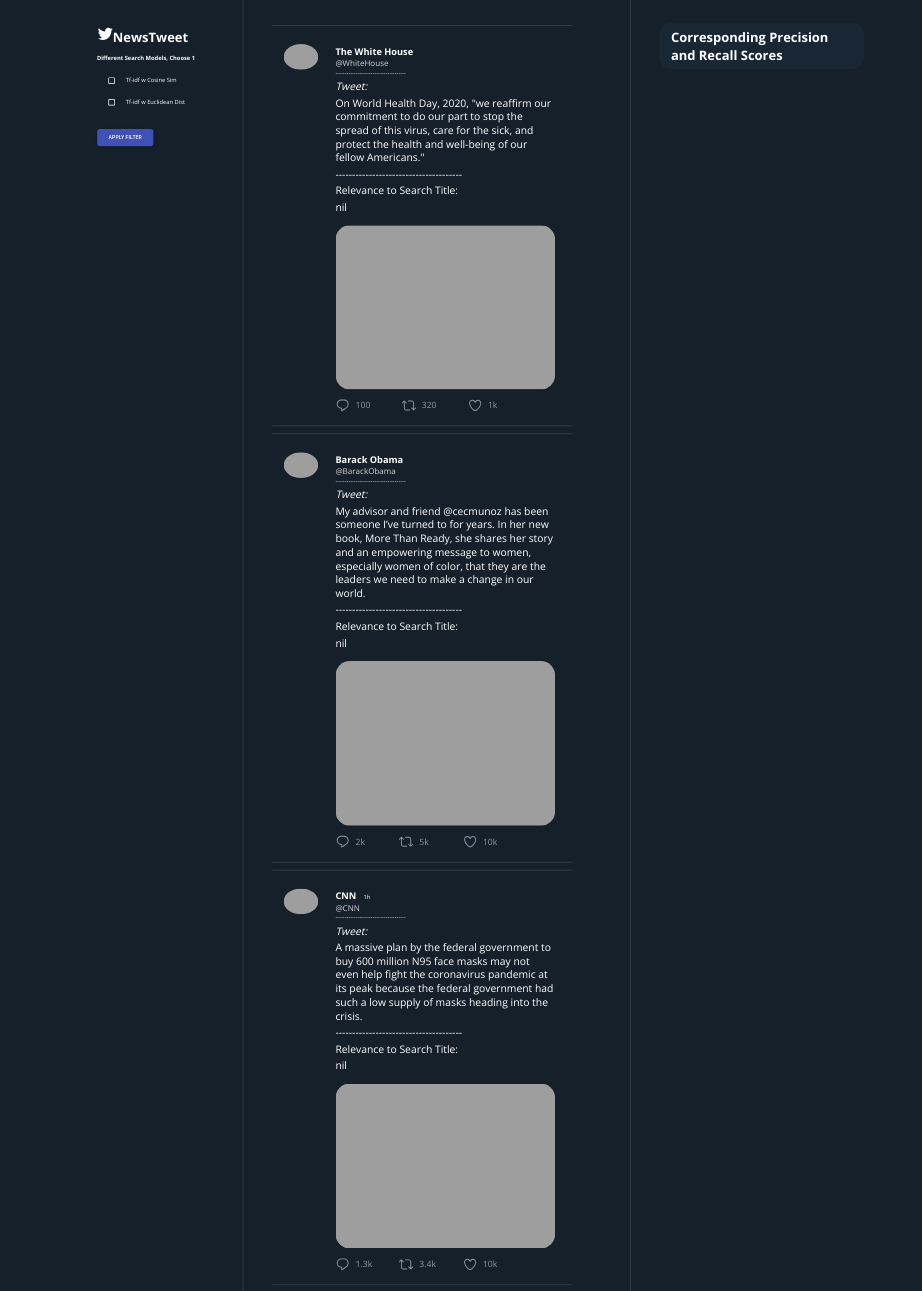
Repository: Dustyik/TwitterAIproj
Page: / (app in FrontEnd/)
An editor plug-in stored every save of this project. The page is shown before and after the next save, followed by the edit.
The browser window is 1280 px wide. The pictures show the whole page, at 72% of full size.
Pictures or frames that could not be fetched are drawn as grey boxes. The page's requests for data from a server got no answer. The project was rebuilt for these pictures with package versions that can differ from the ones it lists, and the page was loaded fresh each time. No one was signed in, and anything a server would have sent is missing. Also part of the build but not shown: FrontEnd/src/components/trending/Trend.js, FrontEnd/src/components/trending/TrendsList.js, FrontEnd/src/components/trending/FollowSuggestionCard.js, FrontEnd/src/styles/FollowList.css, FrontEnd/src/components/trending/FollowSuggestionsList.js, FrontEnd/src/components/StatusCard.js, FrontEnd/src/pages/Status.js, FrontEnd/src/components/profile/ProfileHead.js and 3 more.

Above is the page before, as saved 2021-08-03 00:06:14.

### FrontEnd/public/index.html
<!DOCTYPE html>
<html lang="en">

<head>
  <meta charset="utf-8" />
  <link rel="icon" href="%PUBLIC_URL%/favicon.ico" />
  <meta name="viewport" content="width=device-width, initial-scale=1" />
  <meta name="theme-color" content="#000000" />
  <meta name="description" content="Web site created using create-react-app" />
  <link rel="apple-touch-icon" href="%PUBLIC_URL%/logo192.png" />
  <link href="https://fonts.googleapis.com/css2?family=Open+Sans:wght@400;700&display=swap" rel="stylesheet">
  <!--
      manifest.json provides metadata used when your web app is installed on a
      user's mobile device or desktop. See https://developers.google.com/web/fundamentals/web-app-manifest/
    -->
  <link rel="manifest" href="%PUBLIC_URL%/manifest.json" />
  <!--
      Notice the use of %PUBLIC_URL% in the tags above.
      It will be replaced with the URL of the `public` folder during the build.
      Only files inside the `public` folder can be referenced from the HTML.

      Unlike "/favicon.ico" or "favicon.ico", "%PUBLIC_URL%/favicon.ico" will
      work correctly both with client-side routing and a non-root public URL.
      Learn how to configure a non-root public URL by running `npm run build`.
    -->
  <title>React App</title>
</head>

<body>
  <noscript>You need to enable JavaScript to run this app.</noscript>
  <div id="root"></div>
  <!--
      This HTML file is a template.
      If you open it directly in the browser, you will see an empty page.

      You can add webfonts, meta tags, or analytics to this file.
      The build step will place the bundled scripts into the <body> tag.

      To begin the development, run `npm start` or `yarn start`.
      To create a production bundle, use `npm run build` or `yarn build`.
    -->
</body>

</html>

### FrontEnd/src/App.js
import React from 'react';
import { BrowserRouter as Router, Route } from 'react-router-dom';
import './App.css';
import { Sidebar } from './components/Sidebar';
import { Home } from './pages/Home';
import { Trending } from './components/trending/Trending';
import { GlobalProvider } from './context/GlobalState';
import { Status } from './pages/Status';
import ScrollToTop from './utils/ScrollToTop';
import { Profile } from './pages/Profile';

function App() {
  return (
    <GlobalProvider >
      <Router >

        <ScrollToTop>
          <div className="App">
            <div className="side-nav">
              <Sidebar />
            </div>
            <div className="main trending">

              <Route exact path="/" component={Home} />
              { /*
              <Route exact path="/:id" component={Profile} />
              <Route exact path="/status/:id" component={Status} />
              */}


            </div>

            <div className="trending">
              <Trending />
            </div>
          </div>
        </ScrollToTop>

      </Router>
    </GlobalProvider>
  );
}

export default App;

### FrontEnd/src/App.css
:root {
    --body-bg        : rgb(21, 32, 43);
    --sky-blue       : rgba(29, 161, 242, 1.00);
    --light          : rgba(255, 255, 2555);
    --grey           : rgb(136, 153, 166);
    --border         : rgb(56, 68, 77);
    --thick-border   : rgb(37, 51, 65);
    --thick-border   : rgb(37, 51, 65);
    --card-background: rgb(25, 39, 52);
}

body {
    background-color: var(--body-bg);
    font-family     : 'Open Sans', sans-serif;
    padding         : 0;
    margin          : 0;
    color           : var(--light);
}

html {
    font-size: 8px;
}

::-webkit-input-placeholder {
    /* Chrome/Opera/Safari */
    font-size  : 2.5rem;
    color      : #9197a3;
    font-weight: 400;
}

::-moz-placeholder {
    /* Firefox 19+ */
    font-size  : 2.5rem;
    color      : #9197a3;
    font-weight: 400;
}

:-ms-input-placeholder {
    /* IE 10+ */
    font-size  : 2.5rem;
    color      : #9197a3;
    font-weight: 400;
}

:-moz-placeholder {
    /* Firefox 18- */
    font-size  : 2.5rem;
    color      : #9197a3;
    font-weight: 400;
}

.App {
    display              : grid;
    grid-template-columns: 2.5fr 4fr 3fr;
}

.side-nav {
    padding-left: 40%;
    padding-top : 3rem;
}

.side-nav svg {
    fill : var(--light);
    width: 2.75rem;
}

.side-nav svg:hover {
    fill: var(--sky-blue);
}

.side-nav-item {
    padding: 2rem 0;

}

.side-nav .side-nav-item .side-nav-text {
    font-size     : 2.25rem;
    font-weight   : 700;
    color         : var(--light);
    padding-left  : 3rem;
    vertical-align: bottom;
}

.avatar {
    display: inline;
}

.avatar img {
    border-radius: 50%;
}


/* helper classes */
.p-0 {
    padding: 0
}


.pl-0 {
    padding-left: 0
}

.p-1 {
    padding: 1rem;
}

.p-2 {
    padding: 2rem
}

.pr-0 {
    padding-right: 0
}

.pb-1 {
    padding-bottom: 1rem;
}

.m-0 {
    margin: 0
}

.mb-0 {
    margin-bottom: 0;
}

.text-center {
    text-align: center;
}

.w-100 {
    width: 100%;
}

.pl-1 {
    padding-left: 1rem;
}

.pr-1 {
    padding-right: 1rem;
}

ul {
    list-style: none;
}

.flex-align-center {
    display    : flex;
    align-items: center;
}

.flex-space-between {
    display        : flex;
    justify-content: space-between;
}

.inline-block {
    display: inline-block;

}


.btn {
    color      : var(--light);
    font-weight: 700;
    cursor     : pointer;
    border     : none;
    background : transparent;
}

.tweet-btn {
    border-radius   : 4rem;
    font-size       : 2rem;
    padding         : 1.5rem;
    background-color: var(--sky-blue);
    width           : 80%;
}

.follow-btn {
    border-radius: 3rem;
    font-size    : 2rem;
    padding      : 0.5rem;
    font-weight  : 700;
    color        : var(--sky-blue);
    border       : 1px solid var(--sky-blue);
}

.pointer {
    cursor: pointer;
}

.bold-dull-para {
    font-size: 1.75rem;
    color    : var(--grey);
}

a {
    text-decoration: none;
    color          : inherit;
}

h1 {
    font-size  : 2.25rem;
    font-weight: 700;
    color      : var(--light);
}

h2 {
    font-size  : 2rem;
    font-weight: 700;
    color      : var(--light);
}

input:focus {
    outline: none;
}

### FrontEnd/src/components/trending/Trending.js
import React from 'react';
import '../../styles/Trending.css';
import { SearchIcon } from '../../images/svg/svgs'
import { TrendsList } from './TrendsList';
import { FollowSuggestionsList } from './FollowSuggestionsList';


export const Trending = () => {
    return (
        <>
            <div>

                <div className="trends-list m-0">
                    {/*
                    <TrendsList />
                    */}
                    <h1>
                    Corresponding Precision and Recall Scores
                    </h1>
                </div>
                {/*
                <div className="follow-list">
                    <FollowSuggestionsList />
                </div>
                */}
            </div>
        </>
    )
}

### FrontEnd/src/utils/ScrollToTop.js
import React, { useEffect, Fragment } from 'react';
import { withRouter } from 'react-router-dom';

function ScrollToTop({ history, children }) {
    useEffect(() => {
        const unlisten = history.listen(() => {
            window.scrollTo(0, 0);
        });
        return () => {
            unlisten();
        }
    }, []);

    return <Fragment>{children}</Fragment>;
}

export default withRouter(ScrollToTop);

### FrontEnd/src/images/avatars.js
import React from 'react'

export const SmallAvatar = ({ width, image }) => {
    return (
        <div className="avatar">
            <img width={width} src={image} alt="avatar" />
        </div>
    )
}

### FrontEnd/src/apifunctions.js
import axios from 'axios';

export const getTweets = () => {
    return axios.get("http://localhost:5000/getTweets")
}

export const applySearchFilters = (data, title, id) => {
    return axios.post("http://localhost:5000/applySearchModels", {
            data: data,
            queryTitle: title,
            articleId: id

        }
    )
}

### FrontEnd/src/styles/Main.css
/* main styles */
.main {
    border-left : 1px solid var(--border);
    border-right: 1px solid var(--border);
    ;
}

.home {
    padding-left : 2.5rem;
    border-bottom: 1px solid var(--border);
}

.new-tweet {
    padding              : 1rem;
    display              : grid;
    grid-template-columns: 1fr 9fr;
    border-bottom        : 1rem solid var(--thick-border);
}

.new-tweet .left,
.right {
    padding: 0 1rem;
}

.new-tweet input {
    padding    : 2rem 0;
    background : transparent;
    border     : none;
    color      : var(--light);
    font-size  : 2rem;
    font-weight: 700;
}

.new-tweet-options {
    padding-right  : 1rem;
    display        : flex;
    justify-content: space-between;
    align-items    : center;
}

.new-tweet .add-icons {
    margin-right: 1rem;
}

.new-tweet .add-icons svg {
    width  : 3rem;
    fill   : var(--sky-blue);
    padding: 1rem;
}

.new-tweet .add-icons svg:first-child {
    padding-left: 0;
}

### FrontEnd/src/components/TweetList.js
import React, { useContext } from 'react'
import TweetCard from './TweetCard'
import { GlobalContext } from '../context/GlobalState'

export const TweetList = () => {
    const { tweets } = useContext(GlobalContext);

    return (
        <>
            {console.log(tweets)}
            {tweets.map((tweet, index) => (<TweetCard key={index} tweet={tweet} />))}
        </>
    )
}

### FrontEnd/src/styles/Trending.css
.trending {
    padding: 1rem 10rem 1rem 5rem;
}

.trending .search-box {
    width     : 100%;
    background: transparent;

    background-color: var(--thick-border);
    border-radius   : 5rem;
    border          : none;
}

.trending .search-box svg {
    width       : 3rem;
    fill        : var(--grey);
    padding-left: 1rem;

}

.trending .search-box input {
    padding   : 1.5rem;
    font-size : 2rem;
    width     : 100%;
    background: transparent;
    border    : none;
    color     : var(--light);
}

.trends-list {
    background-color: var(--card-background);
    border-radius   : 2rem;
    margin-top      : 3rem;
}

.trends-list h1 {
    padding: 1rem 2rem;

}

.trends-for-you {
    padding-right: 1rem;
}

.trends-for-you svg {
    width: 3.5rem;
    fill : var(--sky-blue);
}

.trends-card {
    border-top   : 1px solid var(--border);
    border-bottom: 1px solid var(--border);
    padding      : 2rem;
}

.trends :last-child {
    border-bottom: none;
}

.trends-topic {
    font-size: 1.5rem;
    color    : var(--grey);
}

.trend-tweet-count {
    font-size: 1.75rem;
    color    : var(--grey);
}



.trending ::-webkit-input-placeholder {
    /* Chrome/Opera/Safari */
    font-size  : 2rem;
    color      : #9197a3;
    font-weight: 400;
}

.trending ::-moz-placeholder {
    /* Firefox 19+ */
    font-size  : 2rem;
    color      : #9197a3;
    font-weight: 400;
}

.trending :-ms-input-placeholder {
    /* IE 10+ */
    font-size  : 2rem;
    color      : #9197a3;
    font-weight: 400;
}

.trending :-moz-placeholder {
    /* Firefox 18- */
    font-size  : 2rem;
    color      : #9197a3;
    font-weight: 400;
}

### FrontEnd/src/context/AppReducer.js
const MAX = 30
const MIN = 0

export default (state, action) => {
    switch (action.type) {
        case 'DELETE_TRANSACTION':
            return {
                ...state,
                transactions: state.transactions.filter(transaction => transaction.id !== action.payload)
            }
        case 'ADD_TWEET':
            const newTweet = {
                user: {
                    name: action.payload.name,
                    image: action.payload.image,
                    handle: `@${action.payload.name}`,
                },
                tweet: {
                    content: action.payload.tweet,
                    image: null,
                    comments: Math.floor(Math.random()*(MAX-MIN)+MIN),
                    retweets: Math.floor(Math.random()*(MAX-MIN)+MIN),
                    likes: Math.floor(Math.random()*(MAX-MIN)+MIN),
                    relevance: action.payload.relevance
                }
            };
            return {
                ...state,
                tweets: [...state.tweets, newTweet]
            }

        case "SET_TWEETS":
            return {
            ...state,
            tweets: action.payload
        }

        case "SET_SEARCH_MODEL":
            return {
            ...state,
            searchModels: action.payload
        }

        case "REMOVE_ALL_TWEETS":
            return {
            ...state,
            tweets: []
        }


        default:
            return state
    }
}

### FrontEnd/src/components/TweetCard.js
import React, { Component } from 'react';
import '../styles/TweetCard.css';
import { SmallAvatar } from '../images/avatars'
import { TweetCommentIcon, TweetRetweetIcon, TweetLikeIcon, TweetSendIcon } from '../images/svg/svgs';
import { Link } from 'react-router-dom';

export default class TweetCard extends Component {
    tweet = this.props.tweet;
    profImageurl = 'https://pbs.twimg.com/profile_images/1247964769669136385/KVCROk2D_bigger.jpg';

    handleRouting = (e) => {
        // e.preventDefault();
        // debugger
        // this.props.history.push('data')
    }
    render() {
        return (
            <div>
                <div className="tweet-card">
                    <div className="left">
                        <SmallAvatar width="48" image={this.tweet.user.image} />
                    </div>
                    <div className="right">
                        <div className="tweet-card-head">
                            <span className="tweet-card-name" >{this.tweet.user.name}</span>
                            <span className="tweet-card-time"> {this.tweet.tweet.time}</span>
                        </div>
                        <span className="tweet-card-handle">{this.tweet.user.handle}</span>


                        <div className="tweet-card-content">
                                <p className="m-0">--------------------------------------</p>
                            </div>
                        <div className="tweet-card-body">
                        <div className="tweet-card-content">
                                <p className="m-0" style = {{fontStyle:"italic"}}>Tweet:</p>
                            </div>
                            <div className="tweet-card-content">
                                <p className="m-0">{this.tweet.tweet.content}</p>
                            </div>
                            <div className="tweet-card-content">
                                <p className="m-0">--------------------------------------</p>
                            </div>

                            <div className="tweet-card-content">
                                <p className="m-0">Relevance to Search Title: </p>
                            </div>
                            <div className="tweet-card-content">
                                <p className="m-0">{this.tweet.tweet.relevance}</p>
                            </div>
                            <div className="tweet-card-image">
                                <img src={this.tweet.tweet.image} alt="" />
                            </div>
                            <div className="tweet-card-footer">
                                <span className="flex-align-center"><TweetCommentIcon /> <span className="tweet-cars-icon">{this.tweet.tweet.comments}</span></span>
                                <span className="flex-align-center"><TweetRetweetIcon /><span className="tweet-cars-icon">{this.tweet.tweet.retweets}</span></span>
                                <span className="flex-align-center"><TweetLikeIcon /><span className="tweet-cars-icon">{this.tweet.tweet.likes}</span></span>
                                { /*<span className="flex-align-center"><TweetSendIcon /></span> */}
                            </div>
                        </div>
                    </div>
                </div>
            </div>
        )
    }
}

### FrontEnd/src/styles/StatusCard.css
.tweets {}

.status-card {
    /* padding              : 1rem;
    display                 : grid;
    grid-template-columns   : 1fr 9fr; */
    border-bottom           : 0.5px solid var(--border);
    border-top              : 0.5px solid var(--border);

}

.status-card .left,
.right {
    padding: 2rem;
}

.status-card .left {
    display    : flex;
    align-items: center;

}

.status-card .right {
    padding-top: 0;
}

.status-card .status-card-name {
    font-size    : 2rem;
    font-weight  : 700;
    padding-right: 1rem;
}

.status-card .status-card-handle,
.status-card-time {
    font-size: 1.5rem;
    color    : var(--grey);
}

.status-card .status-card-body .status-card-content p {
    font-size : 2.5rem;
    margin-top: .5rem;
}

.status-card .status-card-body .status-card-image {
    margin-top: 2rem;
}

.status-card .status-card-body .status-card-image img {
    width        : 100%;
    border-radius: 20px;
}

.status-card .status-card-footer {
    padding-right: 10rem;
    display      : flex;

    justify-content: space-around;
    padding-top    : 1rem;
    width          : 100%;
}

.status-card .status-card-footer svg {
    fill : var(--grey);
    width: 2.5rem;
}

.status-card .status-card-footer .tweet-cars-icon {
    line-height : 2;
    font-size   : 1.5rem;
    color       : var(--grey);
    padding-left: 1rem;
}

.status {
    display    : flex;
    align-items: center;
    padding    : 0 2rem;
    display    : flex;
    align-items: center;
}

.status h1 {
    display     : inline-block;
    padding-left: 1rem;
}

.status svg {
    width: 4rem;
    fill : var(--sky-blue);
}

### FrontEnd/src/styles/TweetCard.css
.tweets {}

.tweet-card {
    padding              : 1rem;
    display              : grid;
    grid-template-columns: 1fr 9fr;
    border-bottom        : 0.5px solid var(--border);
    border-top           : 0.5px solid var(--border);

}

.left{
    padding: 0 1rem;
    margin-top: 25px;
}

.tweet-card, .right {
    padding: 0 1rem;
    margin-top: 10px;
}

.tweet-card .tweet-card-head .tweet-card-name {
    font-size    : 1.6rem;
    padding-right: 1rem;
    font-weight: bold;
}

.tweet-card .tweet-card-head .tweet-card-name:hover {
    text-decoration: underline;
}

.tweet-card-handle {
    font-size    : 1.4rem;
    padding-right: 1rem;
    font-weight: lighter;
    color: lightgray;
}

.tweet-card .tweet-card-body .tweet-card-content p {
    font-size : 1.8rem;
    margin-top: .5rem;
}

.tweet-card .tweet-card-body .tweet-card-image {
    margin-top: 2rem;
}

.tweet-card .tweet-card-body .tweet-card-image img {
    width        : 100%;
    border-radius: 20px;
}

.tweet-card .tweet-card-footer {
    padding-right  : 10rem;
    display        : flex;
    justify-content: space-between;
    padding-top    : 1rem;
}

.tweet-card .tweet-card-footer svg {
    fill : var(--grey);
    width: 2.5rem;
}

.tweet-card .tweet-card-footer .tweet-cars-icon {
    line-height : 2;
    font-size   : 1.5REM;
    color       : var(--grey);
    padding-left: 1rem;
}

Loaded but not shown: FrontEnd/src/index.js (common file); FrontEnd/src/images/svg/svgs.js (66 lines, source omitted); FrontEnd/src/context/GlobalState.js (113 lines, source omitted); FrontEnd/src/pages/Home.js (92 lines, source omitted); FrontEnd/src/components/Sidebar.js (112 lines, source omitted)

After the next save:
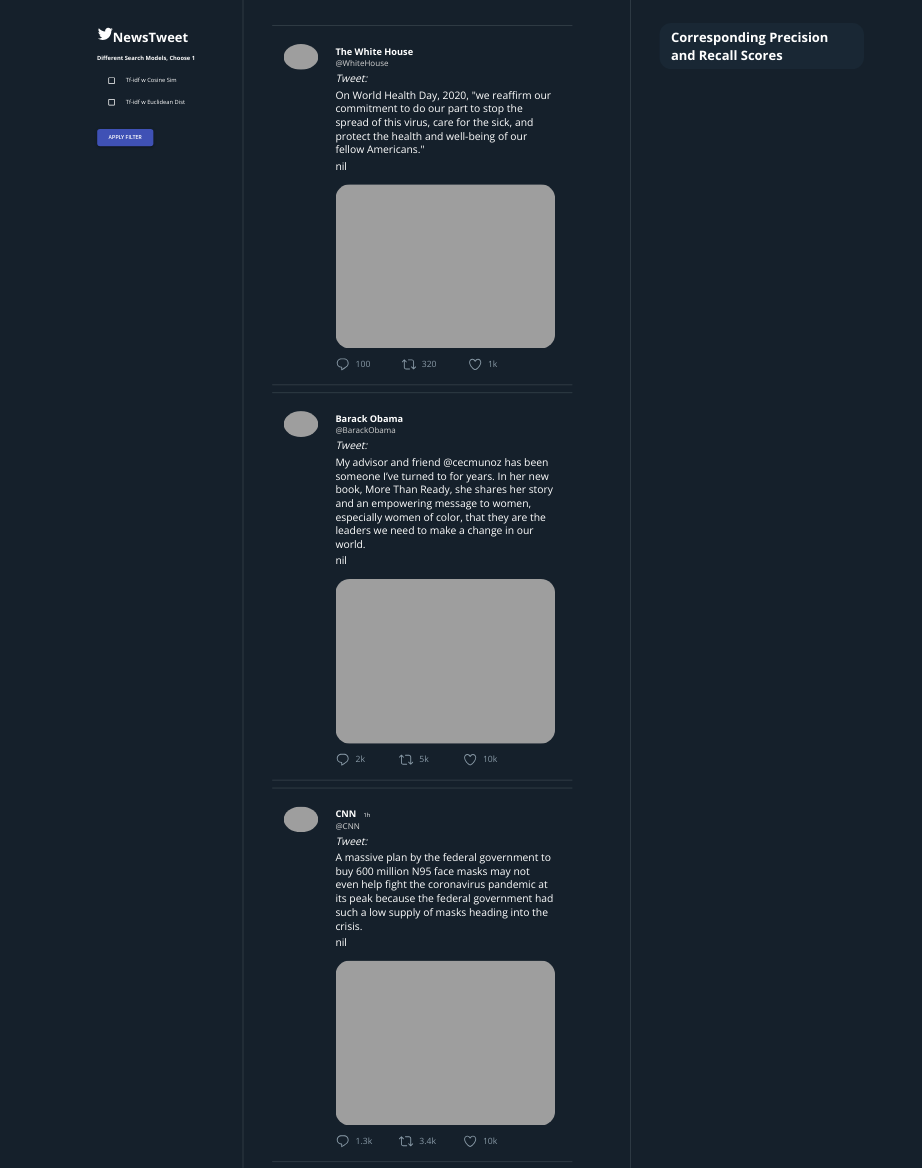
Saved 23 s later.
--- a/FrontEnd/src/components/TweetCard.js
+++ b/FrontEnd/src/components/TweetCard.js
@@ -29,7 +29,6 @@
 
 
                         <div className="tweet-card-content">
-                                <p className="m-0">--------------------------------------</p>
                             </div>
                         <div className="tweet-card-body">
                         <div className="tweet-card-content">
@@ -39,12 +38,9 @@
                                 <p className="m-0">{this.tweet.tweet.content}</p>
                             </div>
                             <div className="tweet-card-content">
-                                <p className="m-0">--------------------------------------</p>
                             </div>
 
-                            <div className="tweet-card-content">
-                                <p className="m-0">Relevance to Search Title: </p>
-                            </div>
+
                             <div className="tweet-card-content">
                                 <p className="m-0">{this.tweet.tweet.relevance}</p>
                             </div>
